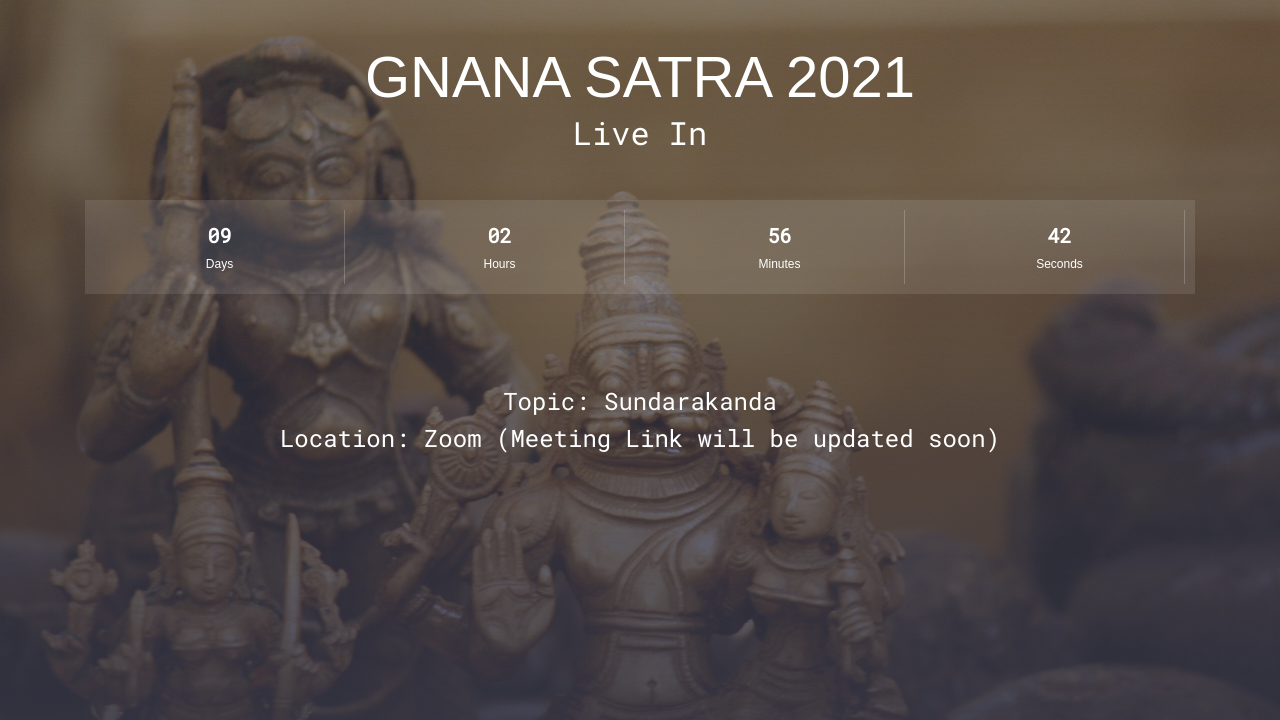
Repository: anirudhbichal/gs
Page: /
An editor plug-in stored every save of this project. The page is shown before and after the next save, followed by the edit.
The browser window is 1280 px wide. The pictures show the whole page.
Some web fonts or font styles are not loaded; a fallback is used. The project was rebuilt for these pictures with package versions that can differ from the ones it lists, and the page was loaded fresh each time.

Above is the page before, as saved 2021-05-17 18:55:54.

After the next save:
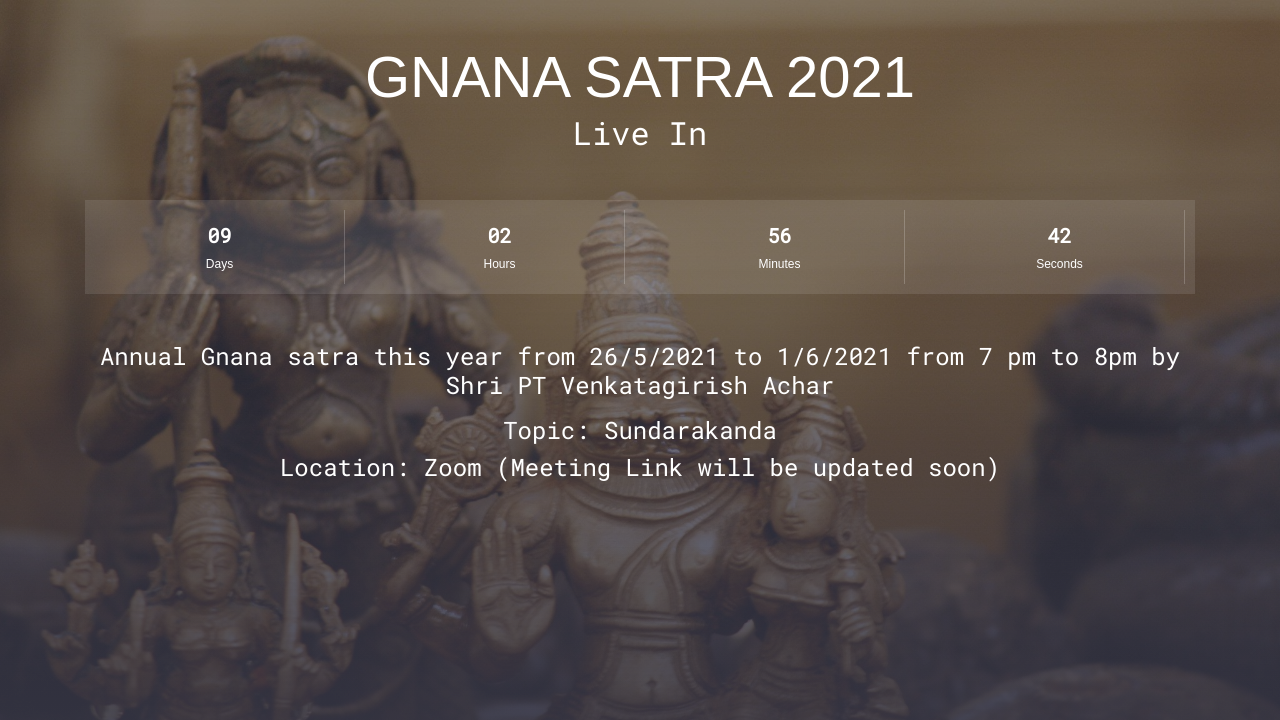
Saved 31 s later.
--- a/src/App.css
+++ b/src/App.css
@@ -34,48 +34,3 @@ h1 {
   text-transform: uppercase;
   line-height: 1;
 }
-
-.css-typing {
-  border-right: .15em solid white;
-  white-space: nowrap;
-  overflow: hidden;
-  -webkit-animation: type 5s steps(40, end);
-  animation: type 5s steps(40, end);
-  -webkit-animation-fill-mode: forwards;
-  animation-fill-mode: forwards;
-}
-
-@keyframes type {
-  0% {
-    width: 0;
-  }
-  99.9% {
-    border-right: .15em solid white;
-  }
-  100% {
-    border: none;
-  }
-}
-
-@-webkit-keyframes type {
-  0% {
-    width: 0;
-  }
-  99.9% {
-    border-right: .15em solid white;
-  }
-  100% {
-    border: none;
-  }
-}
-
-@keyframes blink {
-  50% {
-    border-color: transparent;
-  }
-}
-@-webkit-keyframes blink {
-  50% {
-    border-color: tranparent;
-  }
-}
